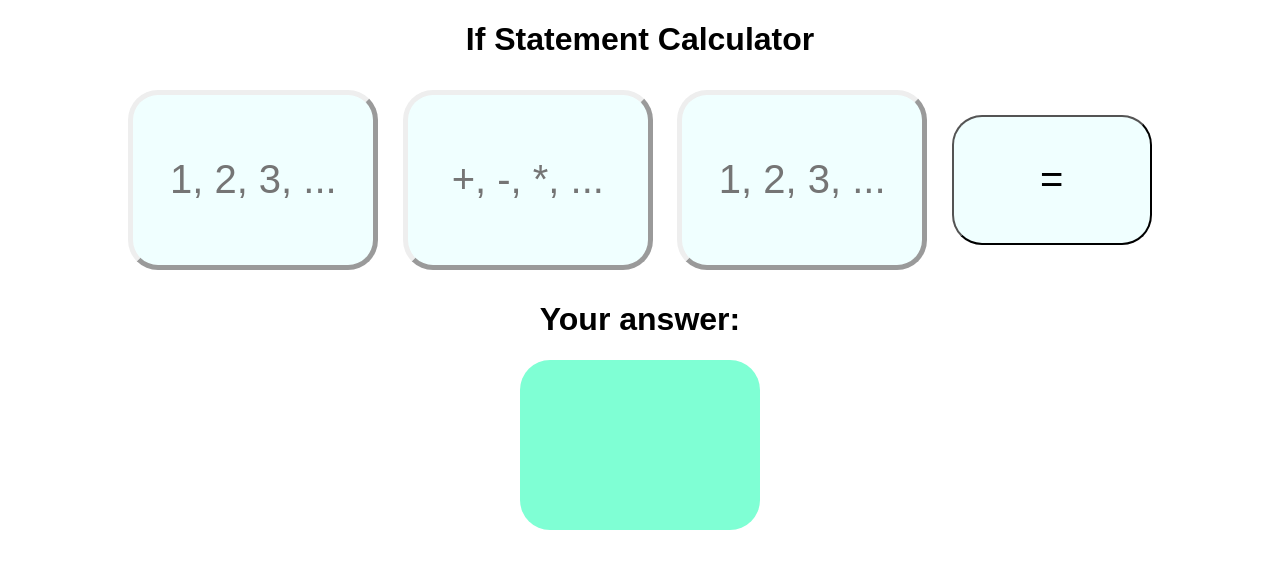
Repository: WesleyErasmus/threeInputCalculator
Page: html/if-calculator.html
The author's editor kept a copy of each file at every save. The page is drawn from the files as they stood at one save, then again after the next save.
The browser window is 1280 px wide. The pictures show the whole page.

Above is the page before, as saved 2022-04-27 22:24:49.

### html/if-calculator.html
<!DOCTYPE html>
<html lang="en">
<head>
    <meta charset="UTF-8">
    <meta http-equiv="X-UA-Compatible" content="IE=edge">
    <meta name="viewport" content="width=device-width, initial-scale=1.0">
    <title>JS If Calculator</title>
    <link rel="stylesheet" href="/css/stylesheet.css">
    <script src="/js/if-calculator.js"></script>

</head>
<body>

<center>
    <form onsubmit="return false;">
        <h1>If Statement Calculator</h1>
        <!-- <div class="inputField"> -->
        <!-- <label for="input1">Enter a number</label> -->
         <input id="input1" type="text" name = "input1" placeholder="1, 2, 3, ..."> <!-- input-1 -->
        </div>
        <!-- <div class="inputField"> -->
         <!-- <label for="input3">Enter operator</label> -->
         <input id="input3" type="text" name = "input3" placeholder="+, -, *, ..."> <!-- input-3 (operator) -->
        </div>
        <!-- <div class="inputField"> -->
         <!-- <label for="input2">Enter a number </label> -->
         <input id="input2" type="text" name = "input2" placeholder="1, 2, 3, ..."> <!-- input-2 -->
        </div>
         <button onclick="sum()">=</button>
         <h1>Your answer:</h1>
         <p id="output"></p>
    </form>
</center>
</body>
</html>

### css/stylesheet.css
body {
font-family: sans-serif;
}
form {
display: block;
margin: 0 auto;
}
input {
    background-color: azure;
    width: 200px;
    height: 130px;
    padding: 20px;
    margin: 10px;
    text-align: center;
    font-size: 40px;
    border-radius: 30px;
    border: 5px outset;
    /* border-style:outset; */
}
button {
    background-color: azure;
    width: 200px;
    height: 130px;
    padding: 0;
    margin: 10px;
    font-size: 40px;
    border-radius: 30px;
}
p {
    text-align: center !important;
    vertical-align: middle !important;
    margin: 10px;
    width: 200px;
    height: 130px;
    padding: 20px;
    font-size: 75px;
    border-radius: 30px;
    background-color: aquamarine;
}

### js/if-calculator.js
function sum() {
const num1 = document.getElementById("input1").value;
const num2 = document.getElementById("input2").value;
const operator = document.getElementById("input3").value;
const output = document.getElementById("output").value;
  let answer;
  document.getElementById("output").value;
  if (operator == '+') {
    answer = +num1 + +num2;
    document.getElementById("output").innerHTML = answer;
  } else if (operator == '-') {
    answer = num1 - num2;
    document.getElementById("output").innerHTML = answer;
  } else if (operator == '*') {
    answer = num1 * num2;
    document.getElementById("output").innerHTML = answer;
  } else {
    answer = num1 / num2;
    document.getElementById("output").innerHTML = answer;
  }console.log(answer);
}

After the next save:
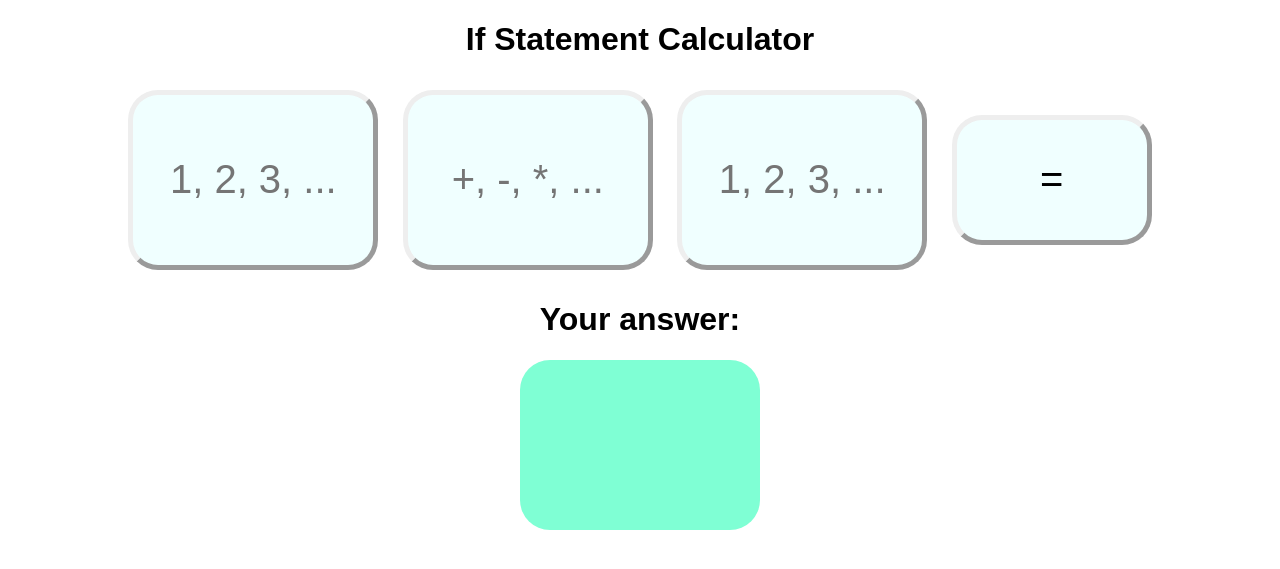
Saved 15 s later.
--- a/css/stylesheet.css
+++ b/css/stylesheet.css
@@ -15,7 +15,6 @@ input {
     font-size: 40px;
     border-radius: 30px;
     border: 5px outset;
-    /* border-style:outset; */
 }
 button {
     background-color: azure;
@@ -25,6 +24,7 @@ button {
     margin: 10px;
     font-size: 40px;
     border-radius: 30px;
+    border: 5px outset;
 }
 p {
     text-align: center !important;
